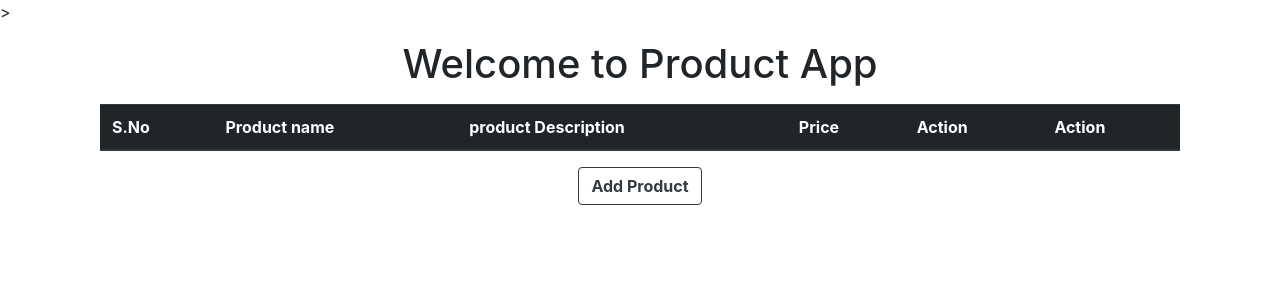
Repository: bhargav-13/Spring
Page: http://localhost/CRUD/WEB-INF/views/index.jsp
These files come from the project's save history. The page is drawn as it stood at one moment and after the next save; the edit follows.
The browser window is 1280 px wide. The pictures show the whole page.
Some web libraries are served in a nearby version. The page is served by Tomcat 9. Nobody is signed in. The template is opened directly, without the code that normally fills it, so the values that code supplies are empty.

Above is the page before, as saved 2023-06-08 13:39:43.

After the next save:
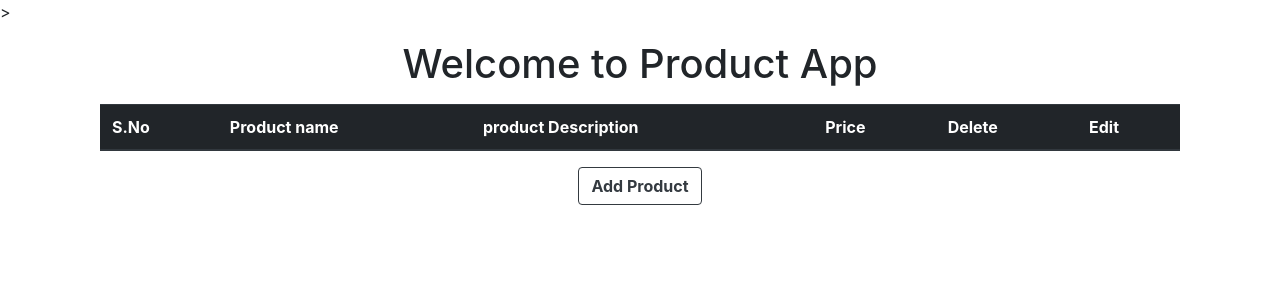
Saved 18 s later.
--- a/CRUD/src/main/webapp/WEB-INF/views/index.jsp
+++ b/CRUD/src/main/webapp/WEB-INF/views/index.jsp
@@ -18,8 +18,8 @@
 							<th scope="col">Product name</th>
 							<th scope="col">product Description</th>
 							<th scope="col">Price</th>
-							<th scope="col">Action</th>
-							<th scope="col">Action</th>
+							<th scope="col">Delete</th>
+							<th scope="col">Edit</th>
 						</tr>
 					</thead>
 					<tbody>
